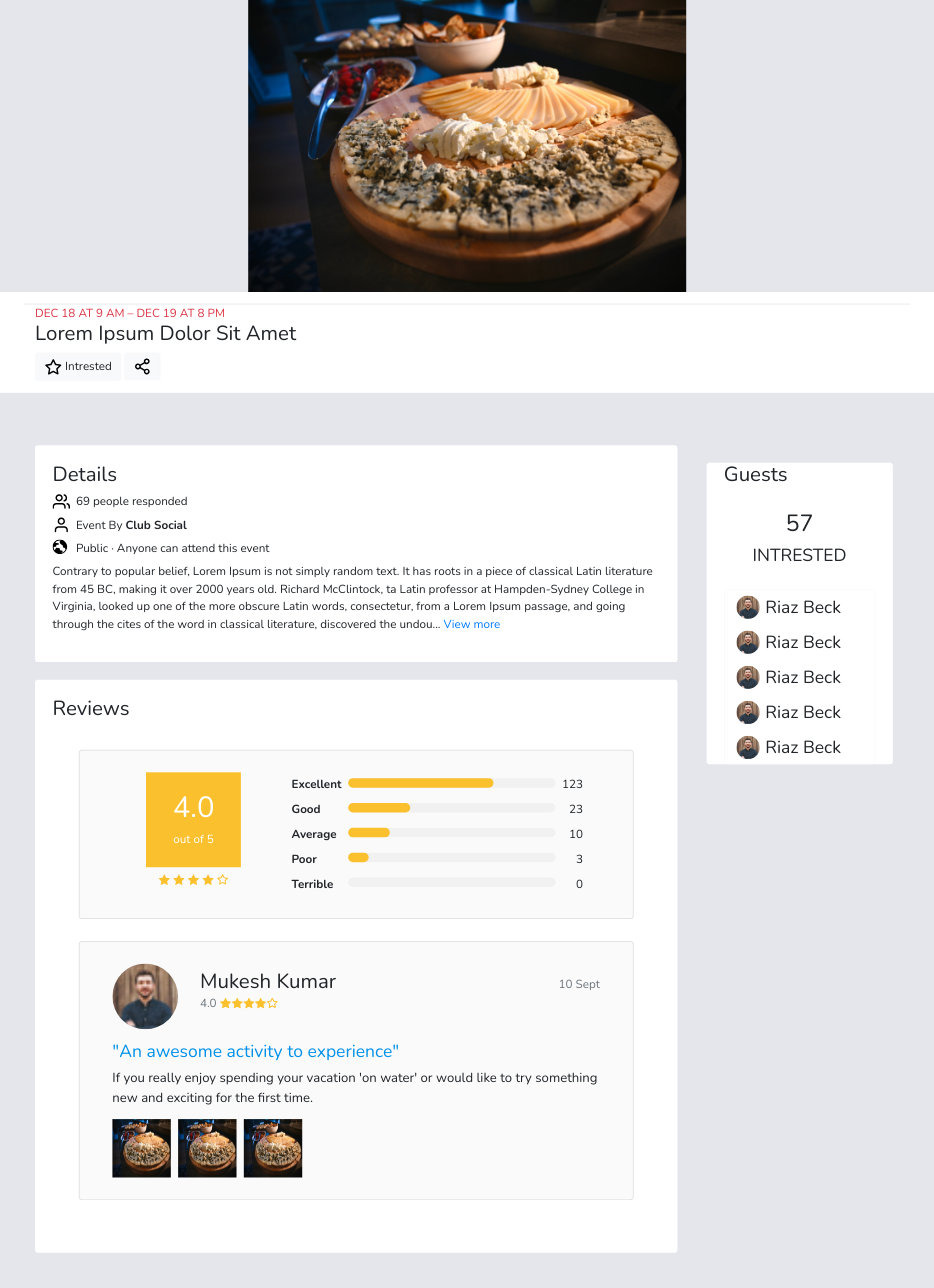
Repository: iamrachid/ensaevents
Page: event.html
The author's editor kept a copy of each file at every save. The page is drawn from the files as they stood at one save, then again after the next save.
The browser window is 1280 px wide. The pictures show the whole page, at 73% of full size.

Above is the page before, as saved 2021-11-25 18:06:09.

### event.html
<html>

<head>
    <meta charset="UTF-8">
    <meta http-equiv="X-UA-Compatible" content="IE=edge">
    <meta name="viewport" content="width=device-width, initial-scale=1.0">
    <title>Document</title>
    <link rel="stylesheet" href="css/bootstrap.css">
    <link rel="stylesheet" href="css/style.css">
    <!-- Link Swiper's CSS -->
    <link rel="stylesheet" href="https://unpkg.com/swiper/swiper-bundle.min.css" />

    <link rel="preconnect" href="https://fonts.googleapis.com">
    <link rel="preconnect" href="https://fonts.gstatic.com" crossorigin>
    <link
        href="https://fonts.googleapis.com/css2?family=Nunito:ital,wght@0,200;0,300;0,400;0,600;0,700;0,800;0,900;1,200;1,300;1,400;1,600;1,700;1,800;1,900&display=swap"
        rel="stylesheet">
</head>

<body class="w-100">

    <div class="text-center bg-main d-flex justify-content-center">
        <img src="assets/img/card-1.jpg" class="cover-img">
    </div>
    <div class="py-3 px-md-5 px-3">
        <div class="row border-top">
            <div class="col-md-10 col-md-12">
                <span class="text-uppercase text-danger">DEC 18 AT 9 AM – DEC 19 AT 8 PM</span>
                <h3>Lorem Ipsum Dolor Sit Amet</h3>
            </div>
            <div class="col-md-2 col-sm-12">
                <button class="btn btn-light ">
                    <svg class="btn-icon">
                        <use xlink:href="assets/img/icons.svg#icon-star"></use>
                    </svg>
                    Intrested</button>
                <button class="btn btn-light">
                    <svg class="btn-icon">
                        <use xlink:href="assets/img/icons.svg#icon-share-2"></use>
                    </svg>
                </button>
            </div>
        </div>
    </div>

    <div class="p-md-5 p-0 bg-main">
        <div class="row">
            <div class="col-md-8 col-lg-9 pr-3 col-12">
                <div class="bg-white mt-4 p-4 rounded">
                    <h3>Details</h3>
                    <div class="d-flex">
                        <svg class="detail-icon mr-2 mb-2">
                            <use xlink:href="assets/img/icons.svg#icon-users"></use>
                        </svg>
                        <span>69 people responded</span>
                    </div>
                    <div class="d-flex">
                        <svg class="detail-icon mr-2  mb-2">
                            <use xlink:href="assets/img/icons.svg#icon-user"></use>
                        </svg>
                        <span>Event By <strong>Club Social</strong></span>
                    </div>
                    <div class="d-flex">
                        <svg class="detail-icon mr-2 mb-2">
                            <use xlink:href="assets/img/icons.svg#icon-public"></use>
                        </svg>
                        <span>Public · Anyone can attend this event</span>
                    </div>
                    <p>
                        <span>
                            Contrary to popular belief, Lorem Ipsum is not simply random text. It has roots in a piece
                            of
                            classical
                            Latin literature from 45 BC, making it over 2000 years old. Richard McClintock, ta Latin
                            professor
                            at
                            Hampden-Sydney College in Virginia, looked up one of the more obscure Latin words,
                            consectetur,
                            from
                            a
                            Lorem Ipsum passage, and going through the cites of the word in classical literature,
                            discovered
                            the
                            undou</span><span class="collapse  multi-collapse show fast" id="dots">...</span>
                        <span class="collapse  multi-collapse fast" id="more-text">btable source. Lorem Ipsum comes from
                            sections
                            1.10.32 and 1.10.33 of "de Finibus Bonorum et
                            Malorum" (The Extremes of Good and Evil) by Cicero, written in 45 BC. This book is a
                            treatise on
                            the
                            theory of ethics, very popular during the Renaissance. The first line of Lorem Ipsum, "Lorem
                            ipsum
                            dolor
                            sit amet..", comes from a line in section 1.10.32.
                        </span>

                        <a class="collapse  multi-collapse fast" type="button" id="less" data-toggle="collapse"
                            data-target=".multi-collapse" aria-expanded="false"
                            aria-controls="dots more less more-text">View less</a>
                        <a class="collapse show  multi-collapse fast" type="button" id="more" data-toggle="collapse"
                            data-target=".multi-collapse" aria-expanded="false"
                            aria-controls="dots more less more-text">View more</a>
                    </p>
                </div>
                <div class="bg-white mt-4 p-4 rounded">
                    <h3>Reviews</h3>


                    <div class="row justify-content-center">
                        <div class=" col-11 text-center mb-5">
                            <div class="card review-card">
                                <div class="row justify-content-start d-flex">
                                    <div class="col-md-4 d-flex flex-column">
                                        <div class="rating-box">
                                            <h1 class="pt-4">4.0</h1>
                                            <p class="">out of 5</p>
                                        </div>
                                        <div class="mt-1">
                                            <svg class="rating-icon">
                                                <use xlink:href="assets/img/icons.svg#icon-star-full"></use>
                                            </svg>
                                            <svg class="rating-icon">
                                                <use xlink:href="assets/img/icons.svg#icon-star-full"></use>
                                            </svg>
                                            <svg class="rating-icon">
                                                <use xlink:href="assets/img/icons.svg#icon-star-full"></use>
                                            </svg>
                                            <svg class="rating-icon">
                                                <use xlink:href="assets/img/icons.svg#icon-star-full"></use>
                                            </svg>
                                            <svg class="rating-icon">
                                                <use xlink:href="assets/img/icons.svg#icon-star"></use>
                                            </svg>
                                        </div>
                                    </div>
                                    <div class="col-md-8">
                                        <div class="rating-bar0 justify-content-center">
                                            <table class="text-left mx-auto">
                                                <tr>
                                                    <td class="rating-label">Excellent</td>
                                                    <td class="rating-bar">
                                                        <div class="bar-container">
                                                            <div class="bar-5"></div>
                                                        </div>
                                                    </td>
                                                    <td class="text-right">123</td>
                                                </tr>
                                                <tr>
                                                    <td class="rating-label">Good</td>
                                                    <td class="rating-bar">
                                                        <div class="bar-container">
                                                            <div class="bar-4"></div>
                                                        </div>
                                                    </td>
                                                    <td class="text-right">23</td>
                                                </tr>
                                                <tr>
                                                    <td class="rating-label">Average</td>
                                                    <td class="rating-bar">
                                                        <div class="bar-container">
                                                            <div class="bar-3"></div>
                                                        </div>
                                                    </td>
                                                    <td class="text-right">10</td>
                                                </tr>
                                                <tr>
                                                    <td class="rating-label">Poor</td>
                                                    <td class="rating-bar">
                                                        <div class="bar-container">
                                                            <div class="bar-2"></div>
                                                        </div>
                                                    </td>
                                                    <td class="text-right">3</td>
                                                </tr>
                                                <tr>
                                                    <td class="rating-label">Terrible</td>
                                                    <td class="rating-bar">
                                                        <div class="bar-container">
                                                            <div class="bar-1"></div>
                                                        </div>
                                                    </td>
                                                    <td class="text-right">0</td>
                                                </tr>
                                            </table>
                                        </div>
                                    </div>
                                </div>
                            </div>
                            <div class="card review-card">
                                <div class="row d-flex">
                                    <div class=""> <img class="profile-pic" src="assets/img/user.png"> </div>
                                    <div class="d-flex flex-column">
                                        <h3 class="mt-2 mb-0">Mukesh Kumar</h3>
                                        <div>
                                            <p class="text-left d-flex align-items-center"><span
                                                    class="text-muted mr-1">4.0</span>
                                                <svg class="rating-icon">
                                                    <use xlink:href="assets/img/icons.svg#icon-star-full"></use>
                                                </svg>
                                                <svg class="rating-icon">
                                                    <use xlink:href="assets/img/icons.svg#icon-star-full"></use>
                                                </svg>
                                                <svg class="rating-icon">
                                                    <use xlink:href="assets/img/icons.svg#icon-star-full"></use>
                                                </svg>
                                                <svg class="rating-icon">
                                                    <use xlink:href="assets/img/icons.svg#icon-star-full"></use>
                                                </svg>
                                                <svg class="rating-icon">
                                                    <use xlink:href="assets/img/icons.svg#icon-star"></use>
                                                </svg>
                                            </p>
                                        </div>
                                    </div>
                                    <div class="ml-auto">
                                        <p class="text-muted pt-5 pt-sm-3">10 Sept</p>
                                    </div>
                                </div>
                                <div class="row text-left">
                                    <h4 class="blue-text mt-3">"An awesome activity to experience"</h4>
                                    <p class="content">If you really enjoy spending your vacation 'on water' or would
                                        like
                                        to try something new and exciting for the first time.</p>
                                </div>
                                <div class="row text-left"> <img class="pic" src="assets/img/card-1.jpg"> <img
                                        class="pic" src="assets/img/card-1.jpg"> <img class="pic"
                                        src="assets/img/card-1.jpg"> </div>
                            </div>
                        </div>
                    </div>




                </div>
            </div>
            <div class="p-4 col-md-4 col-lg-3  col-sm-12 ">
                <div class="bg-white mt-4 px-4 rounded">
                    <h3>Guests</h3>
                    <div class="d-flex justify-content-center py-4">
                        <div class="d-flex flex-column align-items-center">
                            <h2 cla>57</h2>
                            <h4 class="text-uppercase">Intrested</h4>
                        </div>

                    </div>
                    <div class="overflow-auto border-light border rounded users px-2">
                        <div class="user d-flex align-items-center">
                            <img class="user-img m-2" src="assets/img/user.png" />
                            <span class="user-name">Riaz Beck</span>
                        </div>
                        <div class="user d-flex align-items-center">
                            <img class="user-img m-2" src="assets/img/user.png" />
                            <span class="user-name">Riaz Beck</span>
                        </div>
                        <div class="user d-flex align-items-center">
                            <img class="user-img m-2" src="assets/img/user.png" />
                            <span class="user-name">Riaz Beck</span>
                        </div>
                        <div class="user d-flex align-items-center">
                            <img class="user-img m-2" src="assets/img/user.png" />
                            <span class="user-name">Riaz Beck</span>
                        </div>
                        <div class="user d-flex align-items-center">
                            <img class="user-img m-2" src="assets/img/user.png" />
                            <span class="user-name">Riaz Beck</span>
                        </div>
                        <div class="user d-flex align-items-center">
                            <img class="user-img m-2" src="assets/img/user.png" />
                            <span class="user-name">Riaz Beck</span>
                        </div>
                        <div class="user d-flex align-items-center">
                            <img class="user-img m-2" src="assets/img/user.png" />
                            <span class="user-name">Riaz Beck</span>
                        </div>
                        <div class="user d-flex align-items-center">
                            <img class="user-img m-2" src="assets/img/user.png" />
                            <span class="user-name">Riaz Beck</span>
                        </div>
                        <div class="user d-flex align-items-center">
                            <img class="user-img m-2" src="assets/img/user.png" />
                            <span class="user-name">Riaz Beck</span>
                        </div>
                        <div class="user d-flex align-items-center">
                            <img class="user-img m-2" src="assets/img/user.png" />
                            <span class="user-name">Riaz Beck</span>
                        </div>
                    </div>
                </div>
            </div>
        </div>
        <script src="js/jquery-3.6.0.js">
        </script>
        <!-- Bootstrap -->
        <script src="js/bootstrap.js"></script>
        <!-- Swiper JS -->
        <script src="js/swiper-bundle.min.js"></script>

        <!-- Main script -->
        <script src="js/script.js"></script>

</body>

</html>

### css/style.css
@font-face {
    font-family: Forever;
    src: url(../font/Foreverbrushscript-GwZy.otf);
  }

html, body{
    font-family: "Nunito";
    font-weight: 400;
    width: 100%;
}
.hero {
    background: linear-gradient(45deg, rgba(173,225,255,1) 0%, rgba(186,175,255,1) 40%, rgba(175,255,182,1) 74%, rgba(175,255,182,1) 100%);
}
.btn-header {
    font-size: 1rem;
}

.heading-title {
    font-size: 5rem;
    font-weight: 800;
}
@media only screen and (max-width: 768px) {
    .heading-title {
        font-size: 4rem;
    }

    .padding-smallSize {
        padding: .5rem;
    }
}

.heading-title_white {
    color: #fafafa;
}
.heading-subtitle {
    color: #fafafa;
    letter-spacing: .2cm;
}
.search-bar {
    padding: .51rem 0.5rem;
    background-color: white;
    left: 50%;
    transform: translate(-50%,-50%);
    border-radius: 30px;
}

.search-btn {
    background-color: #b2d0ff;
    color: #fafafa;
    font-weight: 600;
}

.card-img-box {
    height: 12rem;
    overflow: hidden;
    display: flex;
    justify-content: center;
    align-items: center;
}

.forever {
    font-family: Forever;
    font-size:2rem
}

.bg-color-blue {
    background-color:#b2d0ff;
}

.gradient {
    background:linear-gradient(to right,rgba(149, 133, 255,1) 0%, rgba(186,175,255,1)  100%);
}

.menu-icon {
    width: 1.2rem;
    height: 1.2rem;
    fill: #fff;
}

.menu-active {
    border-left: 5px solid #fff;
}

.side-nav-link, .side-nav-link:hover {
    color: #fff;
}

.side-nav-item.active:hover {
    padding-right:5px;
}

.side-nav-item {
    transition: all  0.3s;
}

.side-nav-item:hover, .side-nav-item.active {
    border-left: 5px solid #fff;
    transition: all 0.3s;
}

.btn-purple {
    color: #fff;
    background-color: rgba(149, 133, 255,1);
    border-color: rgba(149, 133, 255,1);
}

.btn-purple:hover {
    color: #fff;
    background-color: rgba(186,175,255,1);
    border-color: rgba(186,175,255,1);
}

.detail-icon {
    height: 1.5rem;
    width: 1.5rem;
}

.users {
    height: 15rem;
}

.user-name {
    font-size:1.5rem;
}

.user-img {
    height: 2rem;
    width: 2rem;
    border-radius:50%;
}

.btn-icon {
    height: 1.5rem;
    width: 1.5rem;
}

.fast {
    transition: all 0s;
}

.bg-main {
    background-color: #e4e6eb !important;
}

.cover-img {
    width: 100%;
    max-width: 600px;
}

/* Reviews */

.rating-icon {
    fill: #FBC02D;
    height: 1rem;
    width: 1rem;
}

.review-card {
    border-radius: 5px;
    background-color: #fff;
    background-color: #fafafa;
    padding-left: 60px;
    padding-right: 60px;
    margin-top: 30px;
    padding-top: 30px;
    padding-bottom: 30px
}

.rating-box {
    width: 130px;
    height: 130px;
    margin-right: auto;
    margin-left: auto;
    background-color: #FBC02D;
    color: #fff
}

.rating-label {
    font-weight: bold
}

.rating-bar {
    width: 300px;
    padding: 8px;
    border-radius: 5px
}

.bar-container {
    width: 100%;
    background-color: #f1f1f1;
    text-align: center;
    color: white;
    border-radius: 20px;
    cursor: pointer;
    margin-bottom: 5px
}

.bar-5 {
    width: 70%;
    height: 13px;
    background-color: #FBC02D;
    border-radius: 20px
}

.bar-4 {
    width: 30%;
    height: 13px;
    background-color: #FBC02D;
    border-radius: 20px
}

.bar-3 {
    width: 20%;
    height: 13px;
    background-color: #FBC02D;
    border-radius: 20px
}

.bar-2 {
    width: 10%;
    height: 13px;
    background-color: #FBC02D;
    border-radius: 20px
}

.bar-1 {
    width: 0%;
    height: 13px;
    background-color: #FBC02D;
    border-radius: 20px
}


.star-active {
    color: #FBC02D;
    margin-top: 10px;
    margin-bottom: 10px
}

.star-active:hover {
    color: #F9A825;
    cursor: pointer
}

.star-inactive {
    color: #CFD8DC;
    margin-top: 10px;
    margin-bottom: 10px
}

.blue-text {
    color: #0091EA
}

.content {
    font-size: 18px
}

.profile-pic {
    width: 90px;
    height: 90px;
    border-radius: 100%;
    margin-right: 30px
}

.pic {
    width: 80px;
    height: 80px;
    margin-right: 10px
}

### js/script.js
var swiper = new Swiper(".events", {
    pagination: {
      el: ".swiper-pagination",
      clickable: true,
    }
    ,
    breakpoints: {
      640: {
        slidesPerView: 1,
        spaceBetween: 20,
      },
      768: {
        slidesPerView: 2,
        spaceBetween: 40,
      },
      1024: {
        slidesPerView: 3,
        spaceBetween: 50,
      },
    },

  })

  var swiper = new Swiper(".clubs", {
    spaceBetween: 10,
    autoplay: {
      delay: 3000,
      // TODO: this should be false
      disableOnInteraction: false,
    },
    pagination: {
      el: ".swiper-pagination",
      clickable: true,
    },
    navigation: {
      nextEl: ".swiper-button-next",
      prevEl: ".swiper-button-prev",
    },
    breakpoints: {
      640: {
        slidesPerView: 2,
        spaceBetween: 20,
      },
      768: {
        slidesPerView: 3,
        spaceBetween: 40,
      },
      1024: {
        slidesPerView: 5,
        spaceBetween: 50,
      },
    }
  });;

Loaded but not shown: css/bootstrap.css (library); js/jquery-3.6.0.js (library); js/bootstrap.js (library); js/swiper-bundle.min.js (library)

After the next save:
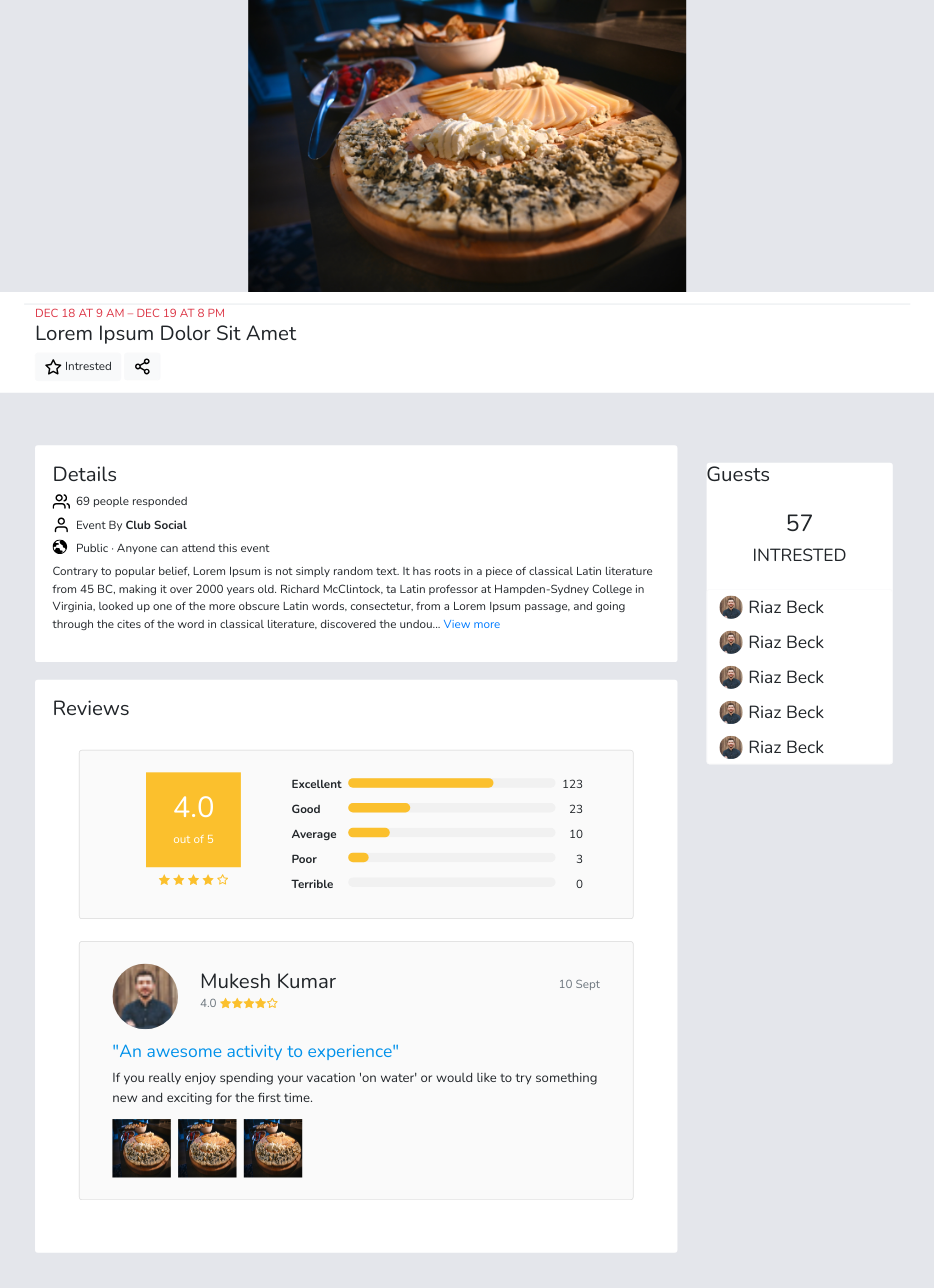
Saved 15 s later.
--- a/event.html
+++ b/event.html
@@ -235,9 +235,9 @@
                 </div>
             </div>
             <div class="p-4 col-md-4 col-lg-3  col-sm-12 ">
-                <div class="bg-white mt-4 px-4 rounded">
+                <div class="bg-white mt-4 rounded">
                     <h3>Guests</h3>
-                    <div class="d-flex justify-content-center py-4">
+                    <div class="d-flex p-4 justify-content-center py-4">
                         <div class="d-flex flex-column align-items-center">
                             <h2 cla>57</h2>
                             <h4 class="text-uppercase">Intrested</h4>
